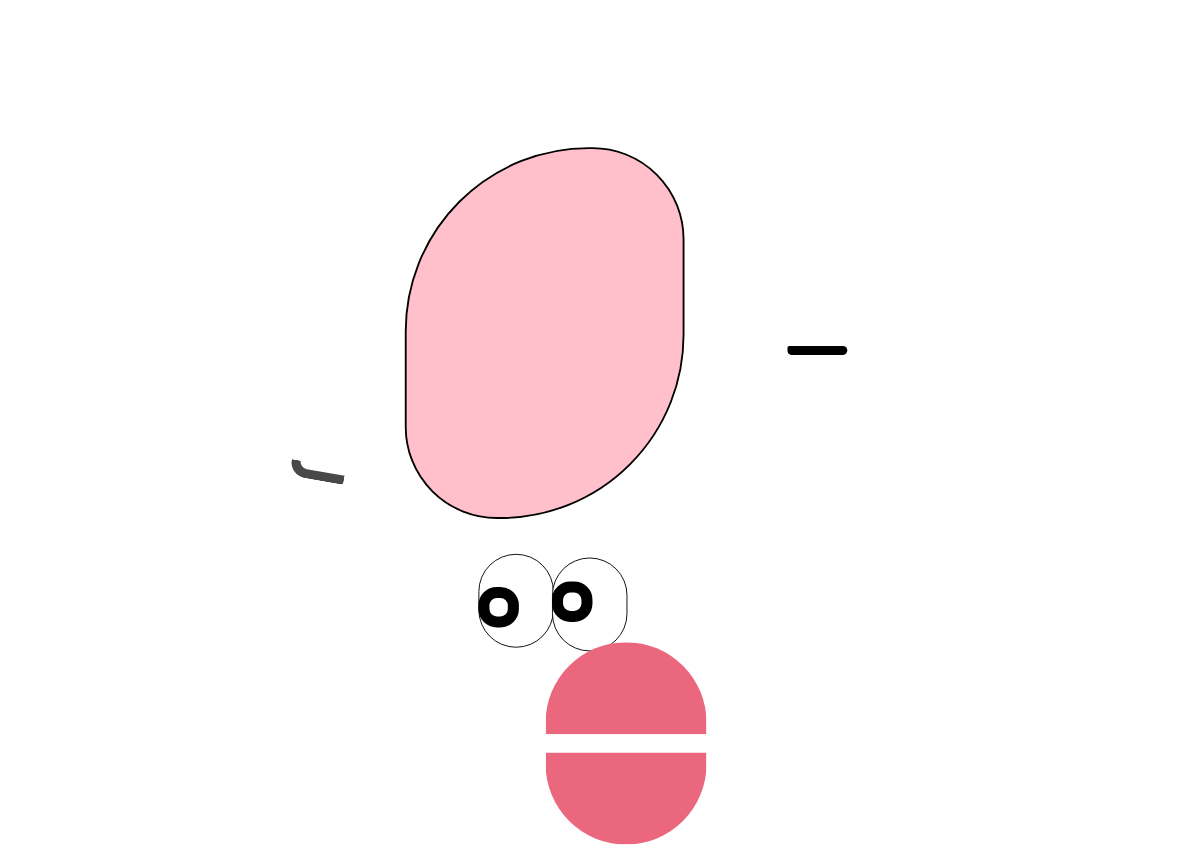
Repository: rodwestmoreland/1150
Page: cssCritter/index.html
The author's editor kept a copy of each file at every save. The page is drawn from the files as they stood at one save, then again after the next save.
The browser window is 1280 px wide. The pictures show the whole page, at 92% of full size.

Above is the page before, as saved 2021-01-25 21:04:06.

### cssCritter/index.html
<!DOCTYPE html>
<html lang="en">
<head>
    <meta charset="UTF-8">
    <meta name="viewport" content="width=device-width, initial-scale=1.0">
    <link rel="stylesheet" href="style.css">
    <title>Welcome to SD 761</title>
</head>
<body>
    <div class="wrapper">
        <div class="object">  <div class="face"></div>
        <div class="left-eyebrow"></div>
          <div class="left-eye"></div>

          <div class="right-eye"></div>
          <div class="mouth"></div>

          <div class="left-pupil"></div>

          <div class="right-pupil"></div>
          <div class="right-eyebrow"></div>
      </div>

</body>
</html>

### cssCritter/style.css
.wrapper{
    position: absolute;
     top: 50%;
   margin-top:-200px;
     left: 50%;
   margin: -200px 0 0 -200px;
 }

 .face{
   width: 300px;
   height: 400px;
   border: solid 2px #000;
   background-color: pink;
   border-radius: 200px 100px;
   z-index: -1;
 }


 .left-eye{
   width: 80px;
   height: 100px;
   border: solid 1px #000;
   background-color: #fff;
   border-radius: 90px;
   margin-top: 20px;
   margin-left: 5em;
   z-index: 2;
 }
 .left-pupil{
    width: 20px;
    height: 20px;
    border: solid 12px #000;
    background-color: #fff;
    border-radius: 20px;
    margin-top: -280px;
    margin-left: 5em;
    z-index: 3;
  }
 .right-eye{
    width: 80px;
    height: 100px;
    border: solid 1px #000;
    background-color: #fff;
    border-radius: 90px;
    margin-top: -98px;
    margin-left: 10em;
    z-index: 2;
  }
  .right-pupil{
    width: 20px;
    height: 20px;
    border: solid 12px #000;
    background-color: #fff;
    border-radius: 20px;
    margin-top: -50px;
    margin-left: 10em;
    z-index: 3;
  }




  .right-eyebrow{
    width: 65px;
    height: 10px;
    background-color: #000;
    top: 50%;
    margin-top: -300px;
    margin-left: 26em;
    border-radius: 30px 80px 90px;
    z-index: 1;
  }
  .left-eyebrow{
    width: 50px;
    height: 8px;
    border-bottom-right-radius:100px;
    border-bottom-left-radius: 500px;
    border: 10px solid #484848;
    border-top: 0;
    border-right: 0;
    position: relative;
    left: -125px;
    top: -60px;
    transform: rotate(10deg);

  }
 .mouth{
    border-top: none;

    border-top: 100px solid rgb(235, 103, 125);
    -webkit-border-radius: 50px;

    border-bottom: 100px solid rgb(235, 103, 125);
    -webkit-border-radius: 100px;
    border-radius: 100px;
    height: 20px;
    width: 175px;
    margin: -10px auto 0;
    z-index: 10;
 }

After the next save:
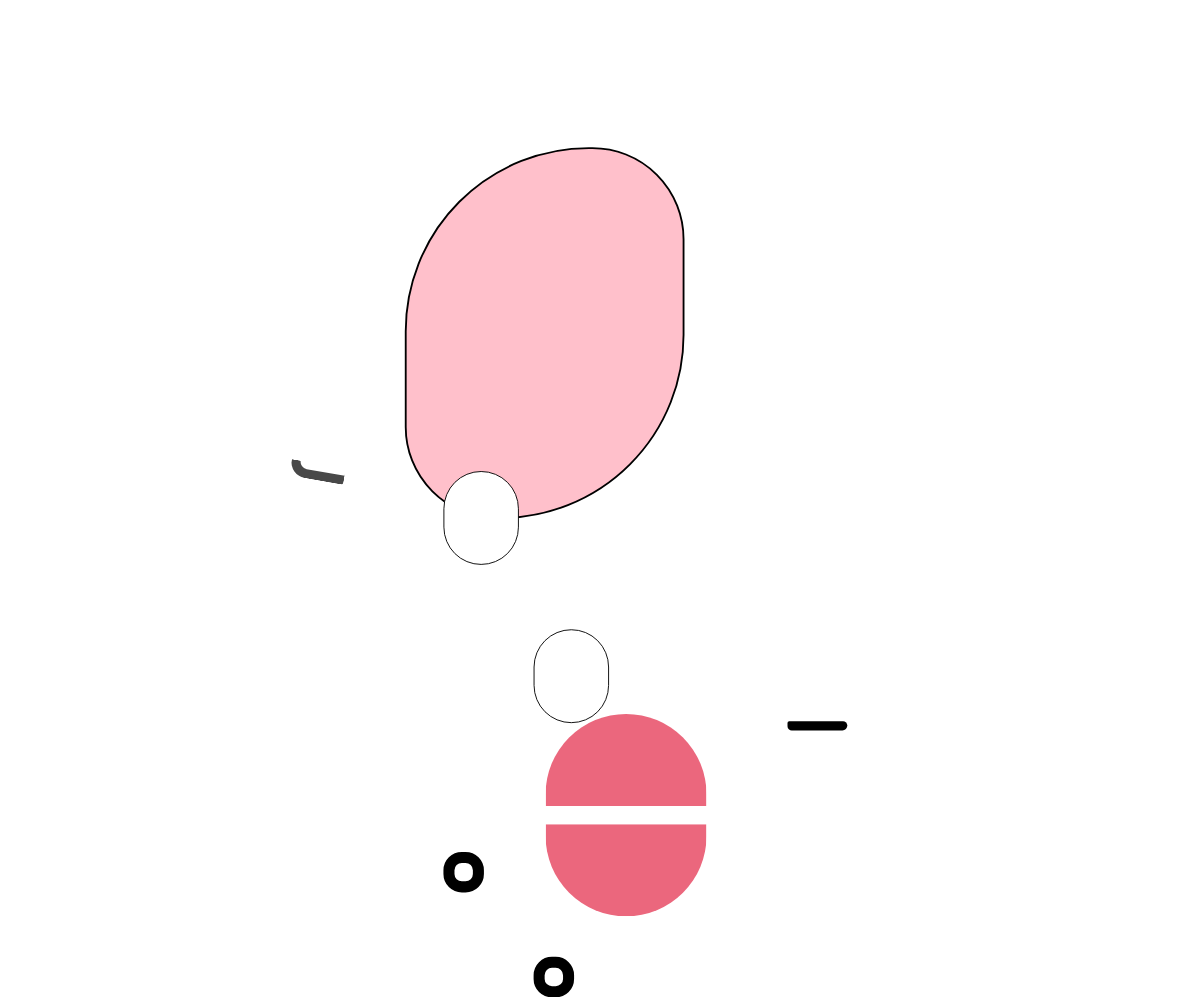
Saved 64 min 9 s later.
--- a/cssCritter/style.css
+++ b/cssCritter/style.css
@@ -12,9 +12,7 @@
    border: solid 2px #000;
    background-color: pink;
    border-radius: 200px 100px;
-   z-index: -1;
  }
-
 
  .left-eye{
    width: 80px;
@@ -22,9 +20,9 @@
    border: solid 1px #000;
    background-color: #fff;
    border-radius: 90px;
-   margin-top: 20px;
-   margin-left: 5em;
-   z-index: 2;
+   position: relative;
+    left: 42px;
+    top: -70px;
  }
  .left-pupil{
     width: 20px;
@@ -32,9 +30,9 @@
     border: solid 12px #000;
     background-color: #fff;
     border-radius: 20px;
-    margin-top: -280px;
-    margin-left: 5em;
-    z-index: 3;
+    position: relative;
+    left: 42px;
+    top: -70px;
   }
  .right-eye{
     width: 80px;
@@ -42,9 +40,9 @@
     border: solid 1px #000;
     background-color: #fff;
     border-radius: 90px;
-    margin-top: -98px;
-    margin-left: 10em;
-    z-index: 2;
+    position: relative;
+    left: 140px;
+    top: 0px;
   }
   .right-pupil{
     width: 20px;
@@ -52,9 +50,9 @@
     border: solid 12px #000;
     background-color: #fff;
     border-radius: 20px;
-    margin-top: -50px;
-    margin-left: 10em;
-    z-index: 3;
+    position: relative;
+    left: 140px;
+    top: 0px;
   }
 
 
@@ -84,6 +82,7 @@
     transform: rotate(10deg);
 
   }
+
  .mouth{
     border-top: none;
 
